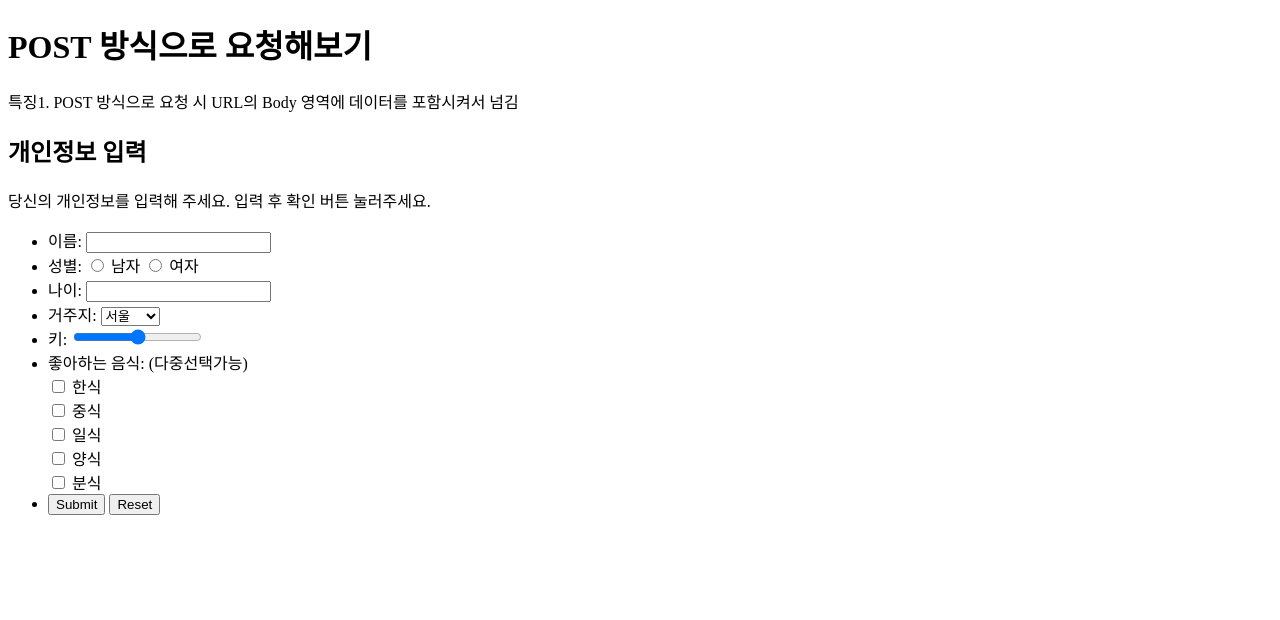
Repository: 1400CP/05_server-workspace1
Page: 1_Servlet/WebContent/views/requestTest_POST.html
An editor plug-in stored every save of this project. The page is shown before and after the next save, followed by the edit.
The browser window is 1280 px wide. The pictures show the whole page.

Above is the page before, as saved 2025-02-14 03:46:06.

### 1_Servlet/WebContent/views/requestTest_POST.html
<!DOCTYPE html>
<html>
<head>
<meta charset="UTF-8">
<title>Insert title here</title>
</head>
<body>

<h1>POST 방식으로 요청해보기</h1>

<p>
	특징1. POST 방식으로 요청 시 URL의 Body 영역에 데이터를 포함시켜서 넘김 <br>

</p>

<h2>개인정보 입력</h2>
<p>당신의 개인정보를 입력해 주세요. 입력 후 확인 버튼 눌러주세요.</p>


	<form action="/1_Servlet/test2.do" method="POST">
		<!-- ul>li*7 -->
		<ul>
			<li>
				이름: <input type="text" name="name">
			</li>
			<li>
				<!-- 라디오는 밸류값을 써줘야 DB에서 확인 가능 -->
				성별:
				<input type="radio" name="gender" value="M"> 남자
				<input type="radio" name="gender" value="F"> 여자
			</li>
			<li>
				나이: <input type="number" name="age">
			</li>
			<li>
				거주지:
				<select name="city">
					<option>서울</option>
					<option>경기도</option>
					<option>강원도</option>
					<option>충청도</option>
					<option>경상도</option>
					<option>전라도</option>
				</select>
			</li>
			<li>
				키: <input type="range" name="height" min="140" max="200">
			</li>
			<li>
				좋아하는 음식: (다중선택가능)  <br>
				<input type="checkbox" name="food" value="한식"> 한식 <br>
				<input type="checkbox" name="food" value="중식"> 중식 <br>
				<input type="checkbox" name="food" value="일식"> 일식 <br>
				<input type="checkbox" name="food" value="양식"> 양식 <br>
				<input type="checkbox" name="food" value="분식"> 분식 <br>
			</li>
			<li>
				<input type="submit">
				<input type="reset">
			</li>
		</ul>
	</form>


</body>
</html>

After the next save:
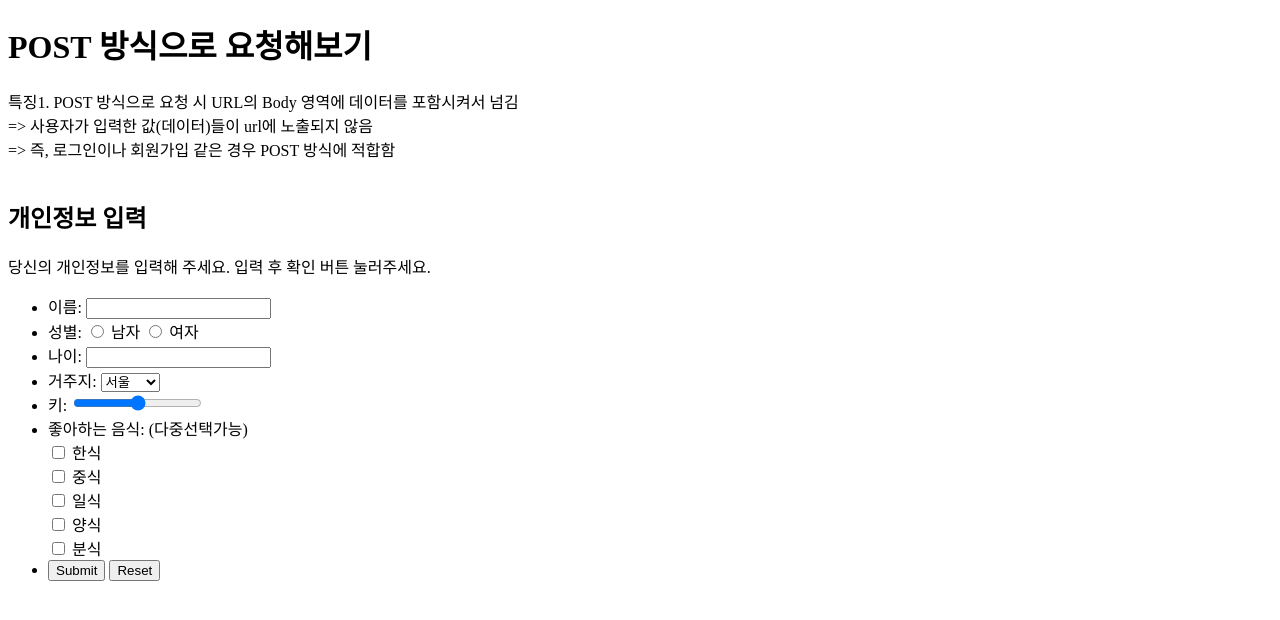
Saved 55 s later.
--- a/1_Servlet/WebContent/views/requestTest_POST.html
+++ b/1_Servlet/WebContent/views/requestTest_POST.html
@@ -10,7 +10,8 @@
 
 <p>
 	특징1. POST 방식으로 요청 시 URL의 Body 영역에 데이터를 포함시켜서 넘김 <br>
-
+		=> 사용자가 입력한 값(데이터)들이 url에 노출되지 않음 <br>
+		=> 즉, 로그인이나 회원가입 같은 경우 POST 방식에 적합함 <br><br>
 </p>
 
 <h2>개인정보 입력</h2>
